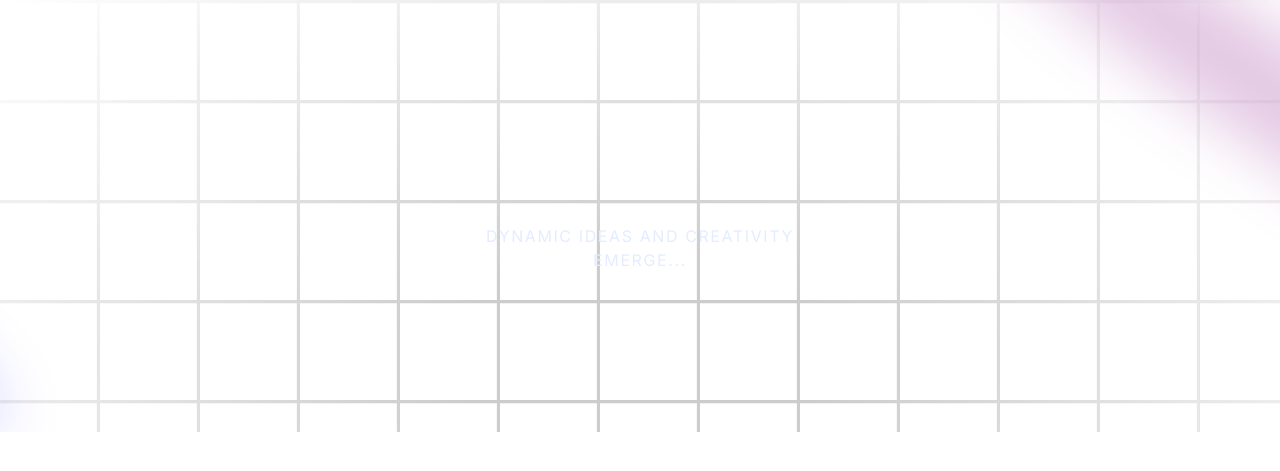
Repository: Carlito-Pedida/node1creative
Page: /
These files come from the project's save history. The page is drawn as it stood at one moment and after the next save; the edit follows.
The browser window is 1280 px wide. The pictures show the whole page.
The project was rebuilt for these pictures with package versions that can differ from the ones it lists, and the page was loaded fresh each time. The framework's server and built-in components were replaced by stand-ins that run in the browser. Also part of the build but not shown: next.config.mjs.

Above is the page before, as saved 2024-11-20 14:59:25.

### app/layout.tsx
import type { Metadata } from "next";
import { Inter } from "next/font/google";
import "./globals.css";
import { ThemeProvider } from "@/components/ThemeProvider";

const inter = Inter({ subsets: ["latin"] });

export const metadata: Metadata = {
  title: "Node①Creative",
  description: "Node 1 Creative Business Portfolio"
};

export default function RootLayout({
  children
}: Readonly<{
  children: React.ReactNode;
}>) {
  return (
    <html lang="en">
      <body className={inter.className}>
        <ThemeProvider
          attribute="class"
          defaultTheme="system"
          enableSystem
          disableTransitionOnChange
        >
          {children}
        </ThemeProvider>
      </body>
    </html>
  );
}

### app/page.tsx
import Hero from "@/components/Hero";

export default function Home() {
  return (
    <main className="relative bg-black-100 flex justify-center items-center flex-col overflow-hidden mx-auto sm:px-10 px-5">
      <div className="max-1-7xl w-full">
        <Hero />
      </div>
    </main>
  );
}

### components/Hero.tsx
import React from "react";
import { Spotlight } from "./ui/Spotlight";

const Hero = () => {
  return (
    <div className="pb-20 pt-36 ">
      <div>
        <Spotlight
          className="-top-40 -left-10 md:-left-32 md:-top-20 h-screen"
          fill="white"
        />
        <Spotlight
          className="top-10 left-full h-[80vh] w-[50vw]"
          fill="purple"
        />
        <Spotlight className="-top-30 -left-80 h-[80vh] w-[50vw]" fill="blue" />
      </div>
      <div className="h-screen w-full dark:bg-black-100 bg-white  dark:bg-grid-white/[0.05] bg-grid-black/[0.2] flex items-center justify-center absolute top-0 left-0">
        {/* Radial gradient for the container to give a faded look */}
        <div className="absolute pointer-events-none inset-0 flex items-center justify-center dark:bg-black-100 bg-white [mask-image:radial-gradient(ellipse_at_center,transparent_20%,black)]" />
      </div>

      <div className="flex justify-center relative my-20 z-10">
        <div className="max-w-[89vw md:max-w-2xl lg:max-w-[60vw] flex flex-col items-center justify-center">
          <h2 className="uppercase tracking-widest test-xs text-center text-blue-100 max-w-80">
            Dynamic Ideas and Creativity Emerge...{" "}
          </h2>
        </div>
      </div>
    </div>
  );
};

export default Hero;

### components/ui/Spotlight.tsx
import React from "react";
import { cn } from "@/lib/utils";

type SpotlightProps = {
  className?: string;
  fill?: string;
};

export const Spotlight = ({ className, fill }: SpotlightProps) => {
  return (
    <svg
      className={cn(
        "animate-spotlight pointer-events-none absolute z-[1]  h-[169%] w-[138%] lg:w-[84%] opacity-0",
        className
      )}
      xmlns="http://www.w3.org/2000/svg"
      viewBox="0 0 3787 2842"
      fill="none"
    >
      <g filter="url(#filter)">
        <ellipse
          cx="1924.71"
          cy="273.501"
          rx="1924.71"
          ry="273.501"
          transform="matrix(-0.822377 -0.568943 -0.568943 0.822377 3631.88 2291.09)"
          fill={fill || "white"}
          fillOpacity="0.21"
        ></ellipse>
      </g>
      <defs>
        <filter
          id="filter"
          x="0.860352"
          y="0.838989"
          width="3785.16"
          height="2840.26"
          filterUnits="userSpaceOnUse"
          colorInterpolationFilters="sRGB"
        >
          <feFlood floodOpacity="0" result="BackgroundImageFix"></feFlood>
          <feBlend
            mode="normal"
            in="SourceGraphic"
            in2="BackgroundImageFix"
            result="shape"
          ></feBlend>
          <feGaussianBlur
            stdDeviation="151"
            result="effect1_foregroundBlur_1065_8"
          ></feGaussianBlur>
        </filter>
      </defs>
    </svg>
  );
};

### tailwind.config.ts
import type { Config } from "tailwindcss";

const svgToDataUri = require("mini-svg-data-uri");

const colors = require("tailwindcss/colors");
const {
  default: flattenColorPalette
} = require("tailwindcss/lib/util/flattenColorPalette");

const config = {
  darkMode: ["class"],
  content: [
    "./pages/**/*.{ts,tsx}",
    "./components/**/*.{ts,tsx}",
    "./app/**/*.{ts,tsx}",
    "./src/**/*.{ts,tsx}",
    "./data/**/*.{ts,tsx}"
  ],
  prefix: "",
  theme: {
    container: {
      center: true,
      padding: "2rem",
      screens: {
        "2xl": "1400px"
      }
    },
    extend: {
      colors: {
        black: {
          DEFAULT: "#000",
          100: "#000319",
          200: "rgba(17, 25, 40, 0.75)",
          300: "rgba(255, 255, 255, 0.125)"
        },
        white: {
          DEFAULT: "#FFF",
          100: "#BEC1DD",
          200: "#C1C2D3"
        },
        blue: {
          "100": "#E4ECFF"
        },
        purple: "#CBACF9",
        border: "hsl(var(--border))",
        input: "hsl(var(--input))",
        ring: "hsl(var(--ring))",
        background: "hsl(var(--background))",
        foreground: "hsl(var(--foreground))",
        primary: {
          DEFAULT: "hsl(var(--primary))",
          foreground: "hsl(var(--primary-foreground))"
        },
        secondary: {
          DEFAULT: "hsl(var(--secondary))",
          foreground: "hsl(var(--secondary-foreground))"
        },
        destructive: {
          DEFAULT: "hsl(var(--destructive))",
          foreground: "hsl(var(--destructive-foreground))"
        },
        muted: {
          DEFAULT: "hsl(var(--muted))",
          foreground: "hsl(var(--muted-foreground))"
        },
        accent: {
          DEFAULT: "hsl(var(--accent))",
          foreground: "hsl(var(--accent-foreground))"
        },
        popover: {
          DEFAULT: "hsl(var(--popover))",
          foreground: "hsl(var(--popover-foreground))"
        },
        card: {
          DEFAULT: "hsl(var(--card))",
          foreground: "hsl(var(--card-foreground))"
        }
      },
      borderRadius: {
        lg: "var(--radius)",
        md: "calc(var(--radius) - 2px)",
        sm: "calc(var(--radius) - 4px)"
      },
      keyframes: {
        "accordion-down": {
          from: { height: "0" },
          to: { height: "var(--radix-accordion-content-height)" }
        },
        "accordion-up": {
          from: { height: "var(--radix-accordion-content-height)" },
          to: { height: "0" }
        },
        spotlight: {
          "0%": {
            opacity: "0",
            transform: "translate(-72%, -62%) scale(0.5)"
          },
          "100%": {
            opacity: "1",
            transform: "translate(-50%,-40%) scale(1)"
          }
        },
        shimmer: {
          from: {
            backgroundPosition: "0 0"
          },
          to: {
            backgroundPosition: "-200% 0"
          }
        },
        moveHorizontal: {
          "0%": {
            transform: "translateX(-50%) translateY(-10%)"
          },
          "50%": {
            transform: "translateX(50%) translateY(10%)"
          },
          "100%": {
            transform: "translateX(-50%) translateY(-10%)"
          }
        },
        moveInCircle: {
          "0%": {
            transform: "rotate(0deg)"
          },
          "50%": {
            transform: "rotate(180deg)"
          },
          "100%": {
            transform: "rotate(360deg)"
          }
        },
        moveVertical: {
          "0%": {
            transform: "translateY(-50%)"
          },
          "50%": {
            transform: "translateY(50%)"
          },
          "100%": {
            transform: "translateY(-50%)"
          }
        },
        scroll: {
          to: {
            transform: "translate(calc(-50% - 0.5rem))"
          }
        }
      },
      animation: {
        "accordion-down": "accordion-down 0.2s ease-out",
        "accordion-up": "accordion-up 0.2s ease-out",
        spotlight: "spotlight 2s ease .75s 1 forwards",
        shimmer: "shimmer 2s linear infinite",
        first: "moveVertical 30s ease infinite",
        second: "moveInCircle 20s reverse infinite",
        third: "moveInCircle 40s linear infinite",
        fourth: "moveHorizontal 40s ease infinite",
        fifth: "moveInCircle 20s ease infinite",
        scroll:
          "scroll var(--animation-duration, 40s) var(--animation-direction, forwards) linear infinite"
      }
    }
  },
  plugins: [
    require("tailwindcss-animate"),
    addVariablesForColors,
    function ({ matchUtilities, theme }: any) {
      matchUtilities(
        {
          "bg-grid": (value: any) => ({
            backgroundImage: `url("${svgToDataUri(
              `<svg xmlns="http://www.w3.org/2000/svg" viewBox="0 0 32 32" width="100" height="100" fill="none" stroke="${value}"><path d="M0 .5H31.5V32"/></svg>`
            )}")`
          }),
          "bg-grid-small": (value: any) => ({
            backgroundImage: `url("${svgToDataUri(
              `<svg xmlns="http://www.w3.org/2000/svg" viewBox="0 0 32 32" width="8" height="8" fill="none" stroke="${value}"><path d="M0 .5H31.5V32"/></svg>`
            )}")`
          }),
          "bg-dot": (value: any) => ({
            backgroundImage: `url("${svgToDataUri(
              `<svg xmlns="http://www.w3.org/2000/svg" viewBox="0 0 32 32" width="16" height="16" fill="none"><circle fill="${value}" id="pattern-circle" cx="10" cy="10" r="1.6257413380501518"></circle></svg>`
            )}")`
          })
        },
        { values: flattenColorPalette(theme("backgroundColor")), type: "color" }
      );
    }
  ]
} satisfies Config;

function addVariablesForColors({ addBase, theme }: any) {
  let allColors = flattenColorPalette(theme("colors"));
  let newVars = Object.fromEntries(
    Object.entries(allColors).map(([key, val]) => [`--${key}`, val])
  );

  addBase({
    ":root": newVars
  });
}

export default config;

Loaded but not shown: app/globals.css (common file); components/ThemeProvider.tsx (common file); lib/utils.ts (common file)

After the next save:
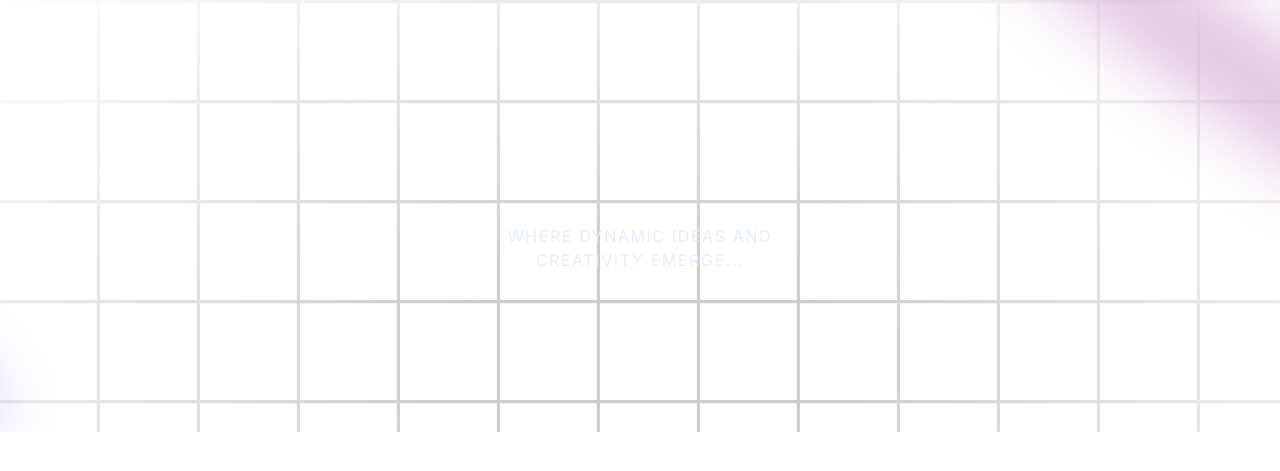
Saved 26 s later.
--- a/components/Hero.tsx
+++ b/components/Hero.tsx
@@ -23,7 +23,7 @@
       <div className="flex justify-center relative my-20 z-10">
         <div className="max-w-[89vw md:max-w-2xl lg:max-w-[60vw] flex flex-col items-center justify-center">
           <h2 className="uppercase tracking-widest test-xs text-center text-blue-100 max-w-80">
-            Dynamic Ideas and Creativity Emerge...{" "}
+            Where Dynamic Ideas and Creativity Emerge...{" "}
           </h2>
         </div>
       </div>
